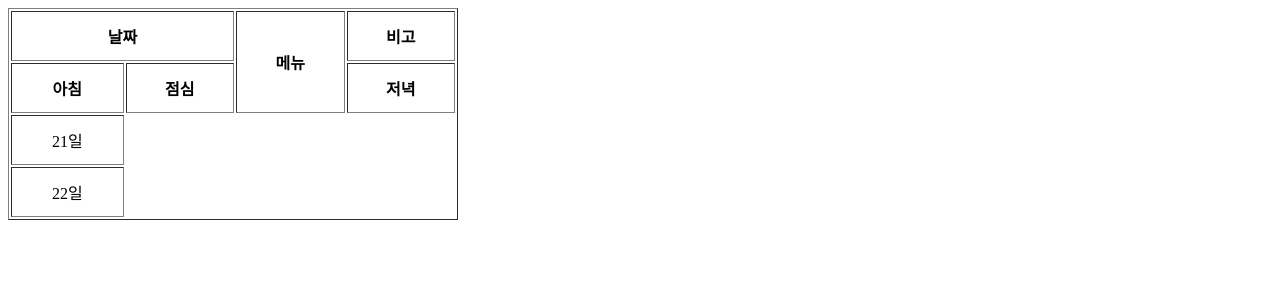
Repository: angelSuho/KCC_Learning_Repo
Page: Html/WebContent/mission2.html
The author's editor kept a copy of each file at every save. The page is drawn from the files as they stood at one save, then again after the next save.
The browser window is 1280 px wide. The pictures show the whole page.

Above is the page before, as saved 2024-07-08 05:35:14.

After the next save:
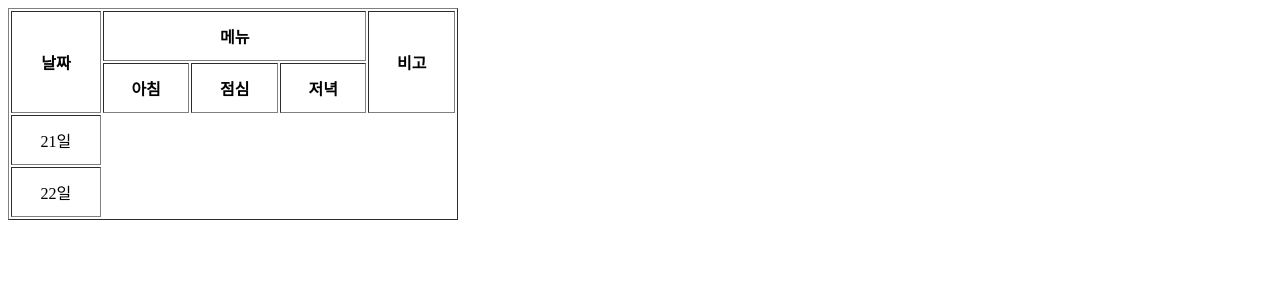
Saved 39 s later.
--- a/Html/WebContent/mission2.html
+++ b/Html/WebContent/mission2.html
@@ -8,9 +8,9 @@
 	<table width="450" border="1">
 		<thead>
 			<tr height="50" align="center">
-				<th colspan="2">날짜</th>
-				<th rowspan="3">메뉴</th>
-				<th colspan="2">비고</th>
+				<th rowspan="2">날짜</th>
+				<th colspan="3">메뉴</th>
+				<th rowspan="2">비고</th>
 			</tr>
 			<tr height="50" align="center">
 				<th>아침</th>
